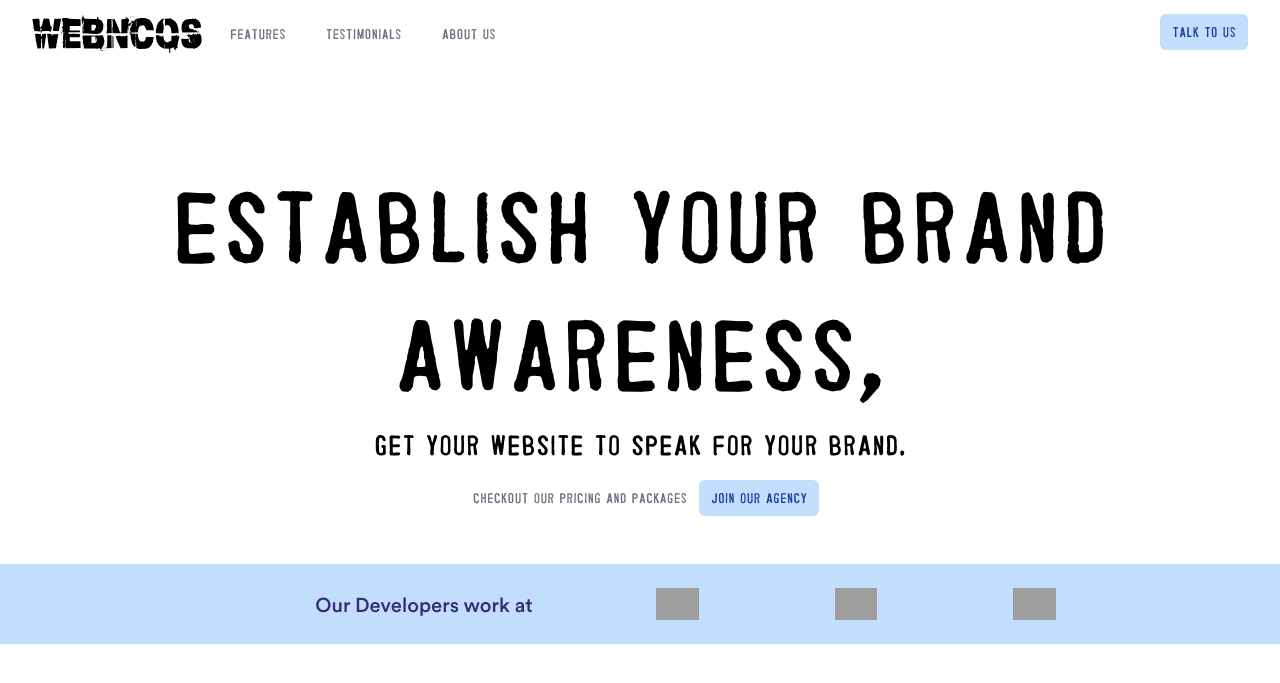
Repository: 1realjulius/webncos
Page: /
The author's editor kept a copy of each file at every save. The page is drawn from the files as they stood at one save, then again after the next save.
The browser window is 1280 px wide. The pictures show the whole page.
Pictures or frames that could not be fetched are drawn as grey boxes. The project was rebuilt for these pictures with package versions that can differ from the ones it lists, and the page was loaded fresh each time. The framework's server and built-in components were replaced by stand-ins that run in the browser. Also part of the build but not shown: next.config.js.

Above is the page before, as saved 2022-09-01 23:18:19.

After the next save:
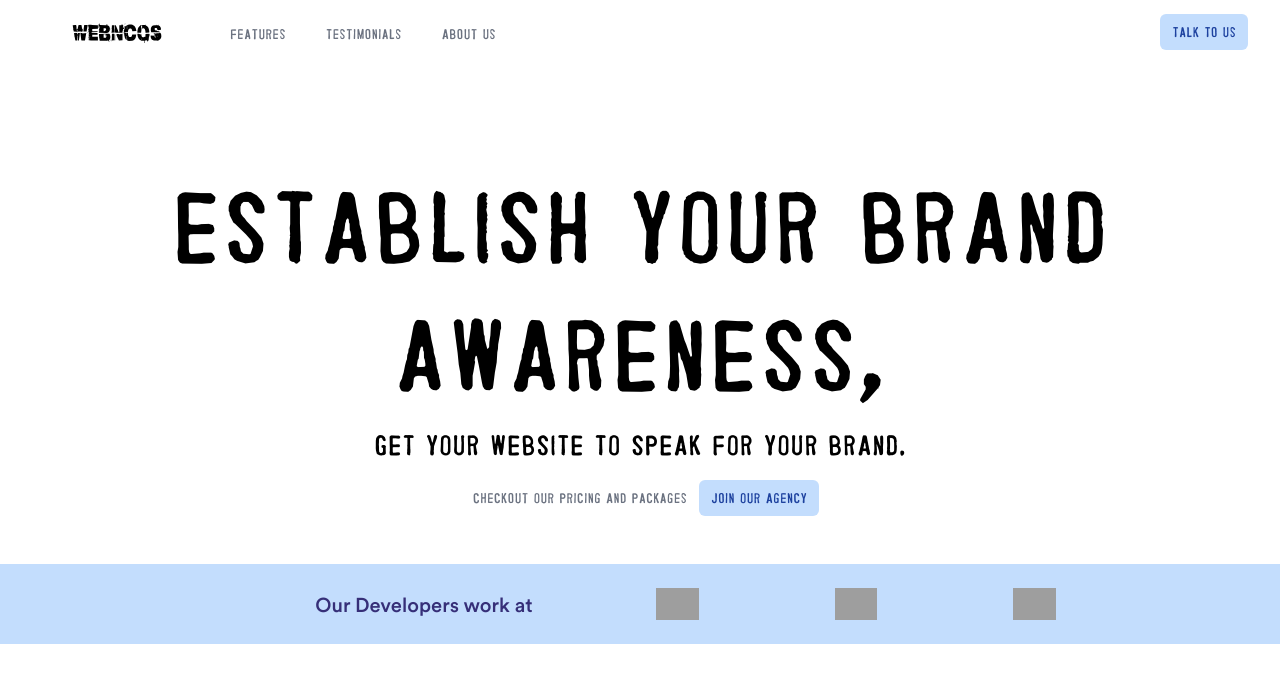
Saved 43 s later.
--- a/components/NavigationBar.tsx
+++ b/components/NavigationBar.tsx
@@ -23,7 +23,7 @@ export default function NavigationBar() {
                     <Image
                       src="/Assets/webncos-logo-lg.svg"
                       width={170}
-                      height={42}
+                      height={22}
                       alt="webncos logo"
                       className=""
                     />
